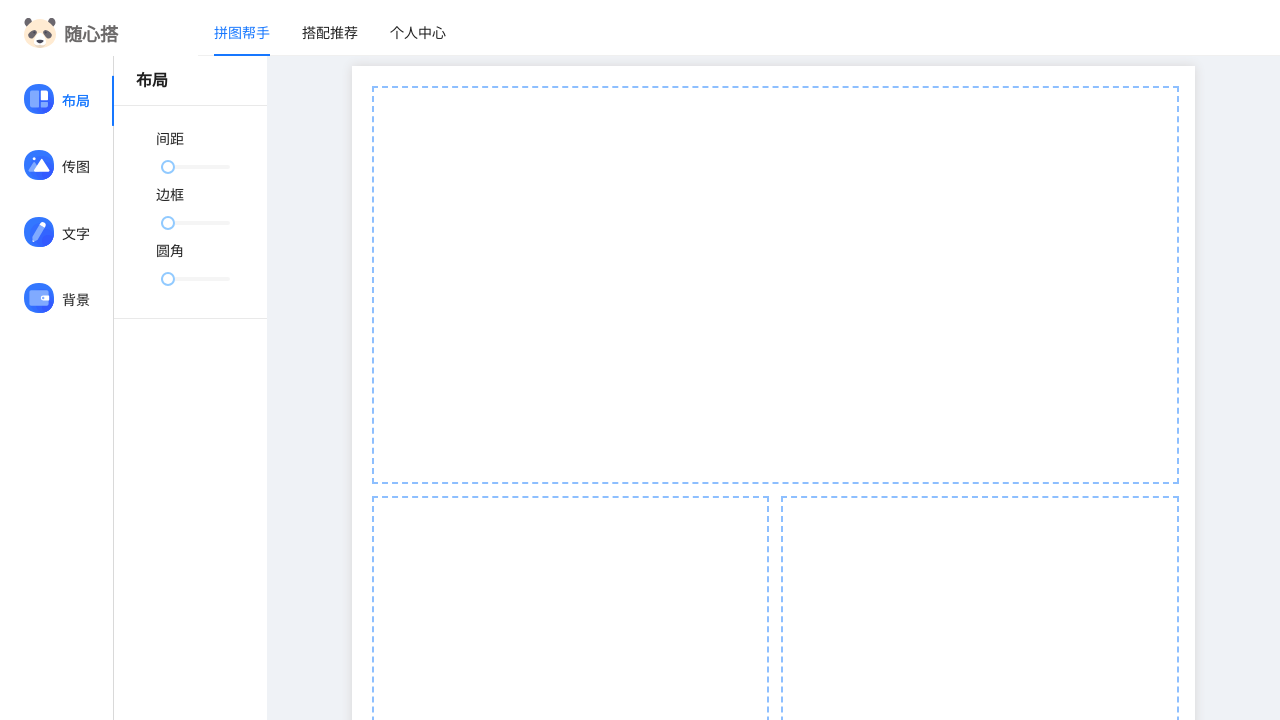
Repository: zzq1101921989/low-code
Page: /
The author's editor kept a copy of each file at every save. The page is drawn from the files as they stood at one save, then again after the next save.
The browser window is 1280 px wide. The pictures show the whole page.
The project was rebuilt for these pictures with package versions that can differ from the ones it lists, and the page was loaded fresh each time. Also part of the build but not shown: vite.config.ts, src/pages/admin/index.tsx, src/components/icon/ClothesIcon.tsx, src/components/icon/HairIcon.tsx, src/components/icon/PantsIcon.tsx, src/components/icon/ShoeIcon.tsx, src/pages/recommend/index.tsx.

Above is the page before, as saved 2023-05-07 13:27:00.

### index.html
<!DOCTYPE html>
<html lang="en">
  <head>
    <meta charset="UTF-8" />
    <link rel="icon" type="image/svg+xml" href="/vite.svg" />
    <meta name="viewport" content="width=device-width, initial-scale=1.0" />
    <title>搭配选择困难症？不懂搭？就来随心搭，找到属于自己的穿搭技巧</title>
  </head>
  <body>
    <div id="root"></div>
    <script type="module" src="/src/main.tsx"></script>
  </body>
</html>

### src/main.tsx
import ReactDOM from "react-dom/client";
import App from "./App";
import "./reset.css";

ReactDOM.createRoot(document.getElementById("root") as HTMLElement).render(
  <App />
);

### src/App.tsx
import { BrowserRouter, Navigate, Route, Routes } from "react-router-dom";
import LayoutComponent from "./components/layout";
import { routerConfig } from "./routers";

const App = () => {
  return (
    <BrowserRouter>
      <Routes>
        <Route path="/" element={<LayoutComponent />}>
          {/* 重定向 */}
          <Route path="/" element={<Navigate to="/home" />} />
          {routerConfig.map((item) => (
            <Route path={item.path} key={item.name} element={item.element} />
          ))}
        </Route>
        <Route path="*" element={<div>404</div>} />
      </Routes>
    </BrowserRouter>
  );
};

export default App;

### src/reset.css
html,body,div,span,applet,object,h1,h2,h3,h4,h5,h6,p,blockquote,pre,a,abbr,acronym,address,big,cite,code,del,dfn,em,img,ins,kbd,q,s,samp,small,strike,strong,sub,sup,tt,var,b,u,i,center,dl,dt,dd,ol,ul,li,fieldset,form,label,legend,table,caption,tbody,tfoot,thead,tr,th,td,article,aside,canvas,details,embed,figure,figcaption,footer,header,hgroup,menu,nav,output,ruby,section,summary,time,mark,audio,video {
	margin:0;
	padding:0;
	border:0;
	font-size:100%;
	font:inherit;
	font-weight:normal;
	vertical-align:baseline;
}
/* HTML5 display-role reset for older browsers */
article,aside,details,figcaption,figure,footer,header,hgroup,menu,nav,section {
	display:block;
}
ol,ul,li {
	list-style:none;
}
blockquote,q {
	quotes:none;
}
blockquote:before,blockquote:after,q:before,q:after {
	content:'';
	content:none;
}
table {
	border-collapse:collapse;
	border-spacing:0;
}
th,td {
	vertical-align:middle;
}
/* custom */
a {
	outline:none;
	color:#16418a;
	text-decoration:none;
	-webkit-backface-visibility: hidden;
}
a:focus {
	outline:none;
}
input:focus,select:focus,textarea:focus {
	outline:-webkit-focus-ring-color auto 0;
}

### src/routers/index.tsx
import { RouteObject } from "react-router-dom";
import Admin from "../pages/admin";
import Home from "../pages/home";
import Recommend from "../pages/recommend";

export const routerConfig: (RouteObject & { name: string })[] = [
  {
    path: "home",
    name: "拼图帮手",
    element: <Home />,
  },
  {
    path: "recommend",
    name: "搭配推荐",
    element: <Recommend />,
  },
  {
    path: "admin",
    name: "个人中心",
    element: <Admin />,
  },
];

### src/components/header/index.tsx
import { Menu, MenuProps } from "antd";
import { Link, useLocation } from "react-router-dom";
import { routerConfig } from "../../routers";

export default function HeaderComponent() {

  const locaiton = useLocation();

  const items: MenuProps["items"] = routerConfig.map((key) => ({
    key: key.path,
    label: <Link to={`/${key.path}`}>{key.name}</Link>,
  }));

  return (
    <Menu
      style={{ flex: 1 }}
      mode="horizontal"
      selectedKeys={[locaiton.pathname.split("/")[1]]}
      items={items}
    />
  );
}

### src/components/layout/index.module.less
.syd-layout {
  width: 100%;
  height: 100vh;
  display: flex;
  flex-direction: column;
  overflow: hidden;
  .syd-header {
    display: flex;
    width: 100%;
    align-items: center;
    padding: 10px 24px 0 24px;
    background-color: #fff;
    .logo {
      margin-right: 80px;
    }
  }
  .syd-content {
    flex: auto;
    background: #eff2f6;
  }
}

### src/pages/home/index.tsx
import { Col, Row } from "antd";
import { FC } from "react";
import { DrawImage, Menu } from "./features";
import styles from "./index.module.less";

const Home: FC = () => {
  return (
    <Row style={{ height: "100%" }} className={styles.homeContainer}>
      <Col xl={5}>
        <Menu />
      </Col>
      <Col xl={19}>
        <DrawImage />
      </Col>
    </Row>
  );
};

export default Home;

### src/pages/home/features/index.tsx
export { default as Area } from './Area';
export { default as DrawImage } from './DrawImage';
export { default as Menu } from './Menu';

### src/pages/home/index.module.less
.homeContainer {
    :global{
        .ant-tabs-tabpane {
            padding-left: 0 !important
        }
        .ant-tabs-nav-wrap {
            padding-top: 20px;
        }
    }
}

### src/pages/home/features/Area/index.tsx
import { FC, ReactNode } from "react";
import styles from "./index.module.less";

interface AreaProps {
  /**
   * @name 头部区域内容
   */
  header: string | ReactNode;

  /**
   * @name 中间区域内容
   */
  centre?: string | ReactNode;
}
const Area: FC<AreaProps> = (props) => {
  const { header, centre } = props;

  return (
    <div className={`${styles["area-container"]}`}>
      <div
        className={`${styles["area-container-header"]} ${styles.padding} ${styles.borderBottom}`}
      >
        {header}
      </div>
      {centre && (
        <div
          className={`${styles["area-container-centre"]} ${styles.padding} ${styles["borderBottom"]}`}
        >
          {centre}
        </div>
      )}
    </div>
  );
};

export default Area;

### src/pages/home/features/DrawImage/index.tsx
import { Col, Row } from "antd";
import { FC } from "react";
import { ItemBox } from "../../components";

interface DrawImageProps {}
const DrawImage: FC<DrawImageProps> = (props) => {
  return (
    <div
      style={{
        width: "803px",
        height: "803px",
        padding: "20px",
        margin: '10px auto',
        background: "#fff",
        boxShadow: "0 0 10px #d9d6d6",
      }}
    >
      <Row gutter={[16, 16]} style={{ height: '100%' }}>
        <Col span={24}>
          <ItemBox />
        </Col>
        <Col span={24}>
          <Row gutter={[16, 16]} style={{ height: '100%' }}>
            <Col span={12}>
              <ItemBox />
            </Col>
            <Col span={12}>
              <ItemBox />
            </Col>
          </Row>
        </Col>
      </Row>
    </div>
  );
};

export default DrawImage;

### src/pages/home/features/Menu/index.tsx
import { Slider, Space, Tabs, TabsProps } from "antd";
import { Area } from "..";
import {
  ColorIcon,
  ImageIcon,
  LayoutIcon,
  TextIcon,
} from "../../../../components/icon";

/**
 * 导航栏组件
 * @returns
 */
export default function Menu() {
  const items: TabsProps["items"] = [
    {
      label: (
        <Space>
          <LayoutIcon />
          布局
        </Space>
      ),
      key: "1",
      children: (
        <Area
          header="布局"
          centre={
            <div
              style={{
                width: "100%",
                display: "flex",
                flexDirection: "column",
                padding: '10px 20px',
                boxSizing: 'border-box'
              }}
            >
              <div>
                间距
                <Slider defaultValue={10} />
              </div>
              <div>
                边框
                <Slider defaultValue={10} />
              </div>
              <div>
                圆角
                <Slider defaultValue={10} />
              </div>
            </div>
          }
        />
      ),
    },
    {
      label: (
        <Space>
          <ImageIcon />
          传图
        </Space>
      ),
      key: "2",
      children: "",
    },
    {
      label: (
        <Space>
          <TextIcon />
          文字
        </Space>
      ),
      key: "3",
      children: "",
    },
    {
      label: (
        <Space>
          <ColorIcon />
          背景
        </Space>
      ),
      key: "4",
      children: "",
    },
  ];

  return (
    <Tabs
      tabPosition="left"
      items={items}
      style={{ background: "#fff", height: "100%" }}
    />
  );
}

### src/pages/home/features/Area/index.module.less
.area-container {
    width: 100%;
    .area-container-header {
        font-size: 18px;
    }
    .area-container-header {
        font-size: 16px;
        font-weight: bold;
    }
}
.padding {
    padding: 12px 12px 12px 22px;
}
.borderBottom {
    border-bottom: 1px solid #e9e9e9;
}

### src/pages/home/components/index.tsx
export { default as ItemBox } from './ItemBox';

### src/components/icon/index.tsx
export { default as ClothesIcon } from "./ClothesIcon";
export { default as ColorIcon } from "./ColorIcon";
export { default as HairIcon } from "./HairIcon";
export { default as ImageIcon } from "./ImageIcon";
export { default as LayoutIcon } from "./LayoutIcon";
export { default as PantsIcon } from "./PantsIcon";
export { default as ShoeIcon } from "./ShoeIcon";
export { default as TextIcon } from "./TextIcon";

### src/pages/home/components/ItemBox/index.tsx
import type { FC } from "react";
import { memo } from "react";

interface ItemBoxProps {

}
const ItemBox: FC<ItemBoxProps> = (props) => {
  const {  } = props;
  return (
    <div
      style={{
        width: '100%',
        height: '100%',
        border: "2px dashed rgba(30, 128, 255, 0.5)",
      }}
    ></div>
  );
};
export default memo(ItemBox);

### src/components/icon/ColorIcon.tsx
import Icon from "@ant-design/icons";
import { CustomIconComponentProps } from "@ant-design/icons/lib/components/Icon";

const Color = () => (
  <svg
    viewBox="0 0 1024 1024"
    version="1.1"
    xmlns="http://www.w3.org/2000/svg"
    p-id="7117"
    width="30"
    height="30"
  >
    <path
      d="M1023.910943 511.999898c5.11911 317.794367-194.116663 516.825376-511.91103 511.911029-317.794367 4.914346-516.825376-194.116663-511.91103-511.911029C-4.825463 194.20553 194.205546-4.825478 511.999913 0.088868c317.794367-4.914346 516.825376 194.116663 511.91103 511.91103z"
      fill="#3377FF"
      p-id="7118"
    ></path>
    <path
      d="M1022.477592 566.671996C1006.915497 340.40732 852.318366 201.16752 614.382119 204.85328c-254.112635-4.095288-413.624112 155.416189-409.528824 409.528824-3.890524 237.936247 135.554041 392.533378 361.613952 408.095473 268.036615-16.381153 439.629192-187.97373 456.010345-455.805581z"
      fill="#336DFF"
      p-id="7119"
    ></path>
    <path
      d="M1015.515602 629.944199C985.824762 491.523456 876.480566 407.160519 716.764325 409.617692c-190.635668-3.071466-310.218084 116.51095-307.146618 307.146618-2.457173 159.716241 81.905765 269.060437 220.121743 298.751277 211.112109-34.400421 351.375731-174.664043 385.776152-385.571388z"
      fill="#3364FF"
      p-id="7120"
    ></path>
    <path
      d="M997.701098 705.707031C964.734028 646.734881 902.076118 613.153517 819.146531 614.382104c-127.1587-2.047644-206.812056 77.605712-204.764412 204.764412-1.433351 82.929587 32.352777 145.587497 91.120163 178.554567a431.233852 431.233852 0 0 0 292.198816-291.994052z"
      fill="#335AFF"
      p-id="7121"
    ></path>
    <path
      d="M184.376854 245.806162m61.429324 0l532.387471 0q61.429324 0 61.429323 61.429324l0 409.528824q0 61.429324-61.429323 61.429323l-532.387471 0q-61.429324 0-61.429324-61.429323l0-409.528824q0-61.429324 61.429324-61.429324Z"
      fill="#80AAFF"
      p-id="7122"
    ></path>
    <path
      d="M655.335001 430.094133h184.287971a20.476441 20.476441 0 0 1 20.476441 20.476441v122.858647a20.476441 20.476441 0 0 1-20.476441 20.476441h-184.287971a81.905765 81.905765 0 0 1-81.905764-81.905764 81.905765 81.905765 0 0 1 81.905764-81.905765z"
      fill="#FFFFFF"
      p-id="7123"
    ></path>
    <path
      d="M655.335001 511.999898m-40.952882 0a40.952882 40.952882 0 1 0 81.905765 0 40.952882 40.952882 0 1 0-81.905765 0Z"
      fill="#80AAFF"
      p-id="7124"
    ></path>
  </svg>
);

export default function ColorIcon(props: Partial<CustomIconComponentProps>) {
  return <Icon component={Color} {...props} />;
}

### src/components/icon/ImageIcon.tsx
import Icon from "@ant-design/icons";
import { CustomIconComponentProps } from "@ant-design/icons/lib/components/Icon";

const Image = () => (
  <svg
    viewBox="0 0 1024 1024"
    version="1.1"
    xmlns="http://www.w3.org/2000/svg"
    p-id="1209"
    width="30"
    height="30"
  >
    <path
      d="M1023.910943 511.999898c5.11911 317.794367-194.116663 516.825376-511.91103 511.911029-317.794367 4.914346-516.825376-194.116663-511.91103-511.911029C-4.825463 194.20553 194.205546-4.825478 511.999913 0.088868c317.794367-4.914346 516.825376 194.116663 511.91103 511.91103z"
      fill="#3377FF"
      p-id="1210"
    ></path>
    <path
      d="M1022.477592 566.671996C1006.915497 340.40732 852.318366 201.16752 614.382119 204.85328c-254.112635-4.095288-413.624112 155.416189-409.528824 409.528824-3.890524 237.936247 135.554041 392.533378 361.613952 408.095473 268.036615-16.381153 439.629192-187.97373 456.010345-455.805581z"
      fill="#336DFF"
      p-id="1211"
    ></path>
    <path
      d="M1015.515602 629.944199C985.824762 491.523456 876.480566 407.160519 716.764325 409.617692c-190.635668-3.071466-310.218084 116.51095-307.146618 307.146618-2.457173 159.716241 81.905765 269.060437 220.121743 298.751277 211.112109-34.400421 351.375731-174.664043 385.776152-385.571388z"
      fill="#3364FF"
      p-id="1212"
    ></path>
    <path
      d="M312.968905 439.308531L158.781302 678.678129a40.952882 40.952882 0 0 0 34.400422 63.067439h308.375204a40.952882 40.952882 0 0 0 34.400421-63.067439l-154.187602-239.574362a40.952882 40.952882 0 0 0-68.800842 0.204764z"
      fill="#80AAFF"
      p-id="1213"
    ></path>
    <path
      d="M997.701098 705.707031C964.734028 646.734881 902.076118 613.153517 819.146531 614.382104c-127.1587-2.047644-206.812056 77.605712-204.764412 204.764412-1.433351 82.929587 32.352777 145.587497 91.120163 178.554567a431.233852 431.233852 0 0 0 292.198816-291.994052z"
      fill="#335AFF"
      p-id="1214"
    ></path>
    <path
      d="M571.586357 329.554807l-225.240853 349.123322a40.952882 40.952882 0 0 0 34.400421 63.067439h450.481706a40.952882 40.952882 0 0 0 34.400421-63.067439l-225.240853-349.123322a40.952882 40.952882 0 0 0-68.800842 0z"
      fill="#FFFFFF"
      p-id="1215"
    ></path>
    <path
      d="M347.369326 294.540092m-51.191103 0a51.191103 51.191103 0 1 0 102.382206 0 51.191103 51.191103 0 1 0-102.382206 0Z"
      fill="#FFFFFF"
      p-id="1216"
    ></path>
  </svg>
);

export default function ImageIcon(props: Partial<CustomIconComponentProps>) {
  return <Icon component={Image} {...props} />;
}

### src/components/icon/LayoutIcon.tsx
import Icon from "@ant-design/icons";
import { CustomIconComponentProps } from "@ant-design/icons/lib/components/Icon";

const Layout = () => (
  <svg
    viewBox="0 0 1024 1024"
    version="1.1"
    xmlns="http://www.w3.org/2000/svg"
    p-id="1056"
    width="30"
    height="30"
  >
    <path
      d="M1023.910943 511.999898c5.11911 317.794367-194.116663 516.825376-511.91103 511.911029-317.794367 4.914346-516.825376-194.116663-511.91103-511.911029C-4.825463 194.20553 194.205546-4.825478 511.999913 0.088868c317.794367-4.914346 516.825376 194.116663 511.91103 511.91103z"
      fill="#3377FF"
      p-id="1057"
    ></path>
    <path
      d="M1022.477592 566.671996C1006.915497 340.40732 852.318366 201.16752 614.382119 204.85328c-254.112635-4.095288-413.624112 155.416189-409.528824 409.528824-3.890524 237.936247 135.554041 392.533378 361.613952 408.095473 268.036615-16.381153 439.629192-187.97373 456.010345-455.805581z"
      fill="#336DFF"
      p-id="1058"
    ></path>
    <path
      d="M1015.515602 629.944199C985.824762 491.523456 876.480566 407.160519 716.764325 409.617692c-190.635668-3.071466-310.218084 116.51095-307.146618 307.146618-2.457173 159.716241 81.905765 269.060437 220.121743 298.751277 211.112109-34.400421 351.375731-174.664043 385.776152-385.571388z"
      fill="#3364FF"
      p-id="1059"
    ></path>
    <path
      d="M997.701098 705.707031C964.734028 646.734881 902.076118 613.153517 819.146531 614.382104c-127.1587-2.047644-206.812056 77.605712-204.764412 204.764412-1.433351 82.929587 32.352777 145.587497 91.120163 178.554567a431.233852 431.233852 0 0 0 292.198816-291.994052z"
      fill="#335AFF"
      p-id="1060"
    ></path>
    <path
      d="M593.905678 225.329721h163.811529a61.429324 61.429324 0 0 1 61.429324 61.429323v245.717295a20.476441 20.476441 0 0 1-20.476441 20.476441H593.905678a20.476441 20.476441 0 0 1-20.476441-20.476441V245.806162a20.476441 20.476441 0 0 1 20.476441-20.476441z"
      fill="#FFFFFF"
      p-id="1061"
    ></path>
    <path
      d="M593.905678 614.382104h204.764412a20.476441 20.476441 0 0 1 20.476441 20.476441v102.382206a61.429324 61.429324 0 0 1-61.429324 61.429323h-163.811529a20.476441 20.476441 0 0 1-20.476441-20.476441v-143.335088a20.476441 20.476441 0 0 1 20.476441-20.476441zM266.282619 225.329721h225.240853a20.476441 20.476441 0 0 1 20.476441 20.476441v532.387471a20.476441 20.476441 0 0 1-20.476441 20.476441H266.282619a61.429324 61.429324 0 0 1-61.429324-61.429323V286.759044a61.429324 61.429324 0 0 1 61.429324-61.429323z"
      fill="#80AAFF"
      p-id="1062"
    ></path>
  </svg>
);

export default function LayoutIcon(props: Partial<CustomIconComponentProps>) {
  return <Icon component={Layout} {...props} />;
}

### src/components/icon/TextIcon.tsx
import Icon from "@ant-design/icons";
import { CustomIconComponentProps } from "@ant-design/icons/lib/components/Icon";

const Text = () => (
  <svg
    viewBox="0 0 1024 1024"
    version="1.1"
    xmlns="http://www.w3.org/2000/svg"
    p-id="1365"
    width="30"
    height="30"
  >
    <path
      d="M1023.910943 511.999898c5.11911 317.794367-194.116663 516.825376-511.91103 511.911029-317.794367 4.914346-516.825376-194.116663-511.91103-511.911029C-4.825463 194.20553 194.205546-4.825478 511.999913 0.088868c317.794367-4.914346 516.825376 194.116663 511.91103 511.91103z"
      fill="#3377FF"
      p-id="1366"
    ></path>
    <path
      d="M1022.477592 566.671996C1006.915497 340.40732 852.318366 201.16752 614.382119 204.85328c-254.112635-4.095288-413.624112 155.416189-409.528824 409.528824-3.890524 237.936247 135.554041 392.533378 361.613952 408.095473 268.036615-16.381153 439.629192-187.97373 456.010345-455.805581z"
      fill="#336DFF"
      p-id="1367"
    ></path>
    <path
      d="M1015.515602 629.944199C985.824762 491.523456 876.480566 407.160519 716.764325 409.617692c-190.635668-3.071466-310.218084 116.51095-307.146618 307.146618-2.457173 159.716241 81.905765 269.060437 220.121743 298.751277 211.112109-34.400421 351.375731-174.664043 385.776152-385.571388z"
      fill="#3364FF"
      p-id="1368"
    ></path>
    <path
      d="M997.701098 705.707031C964.734028 646.734881 902.076118 613.153517 819.146531 614.382104c-127.1587-2.047644-206.812056 77.605712-204.764412 204.764412-1.433351 82.929587 32.352777 145.587497 91.120163 178.554567a431.233852 431.233852 0 0 0 292.198816-291.994052z"
      fill="#335AFF"
      p-id="1369"
    ></path>
    <path
      d="M526.538186 263.82543L293.311521 668.03038a61.429324 61.429324 0 0 0-7.985812 35.629007l9.828692 125.725349a20.476441 20.476441 0 0 0 28.667017 17.200211l118.763359-51.600632A61.429324 61.429324 0 0 0 471.047031 769.388763l232.817136-403.181127z"
      fill="#80AAFF"
      p-id="1370"
    ></path>
    <path
      d="M687.687779 189.495949a102.382206 102.382206 0 0 0-139.854094 37.471887l-20.476441 36.857594 177.325981 102.382206 20.476441-36.857594a102.382206 102.382206 0 0 0-37.471887-139.854093zM292.082935 790.479498l3.071466 38.905238a20.476441 20.476441 0 0 0 28.667017 17.200211l37.267123-16.176389z"
      fill="#FFFFFF"
      p-id="1371"
    ></path>
  </svg>
);

export default function TextIcon(props: Partial<CustomIconComponentProps>) {
  return <Icon component={Text} {...props} />;
}

Loaded but not shown: src/components/layout/index.tsx (69 lines, source omitted)

After the next save:
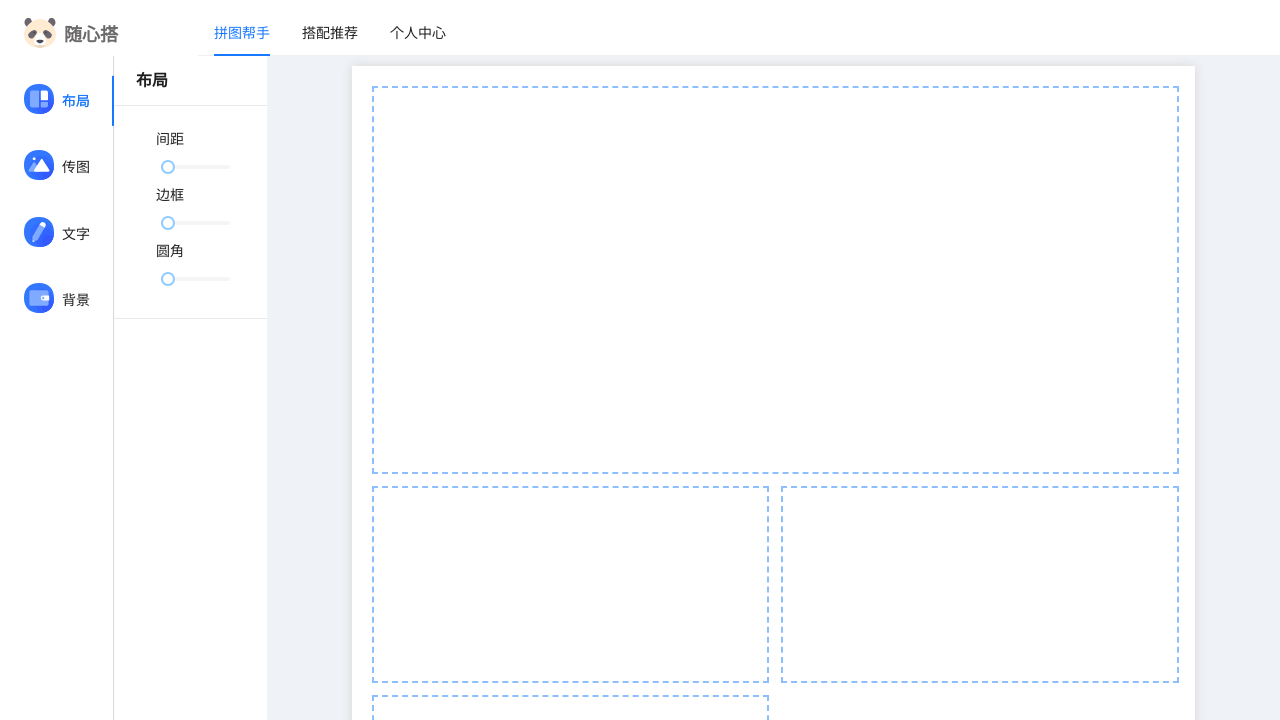
Saved 8 min 43 s later.
--- a/src/pages/home/features/DrawImage/index.tsx
+++ b/src/pages/home/features/DrawImage/index.tsx
@@ -27,6 +27,9 @@
             <Col span={12}>
               <ItemBox />
             </Col>
+            <Col span={12}>
+              <ItemBox />
+            </Col>
           </Row>
         </Col>
       </Row>

After the save that followed:
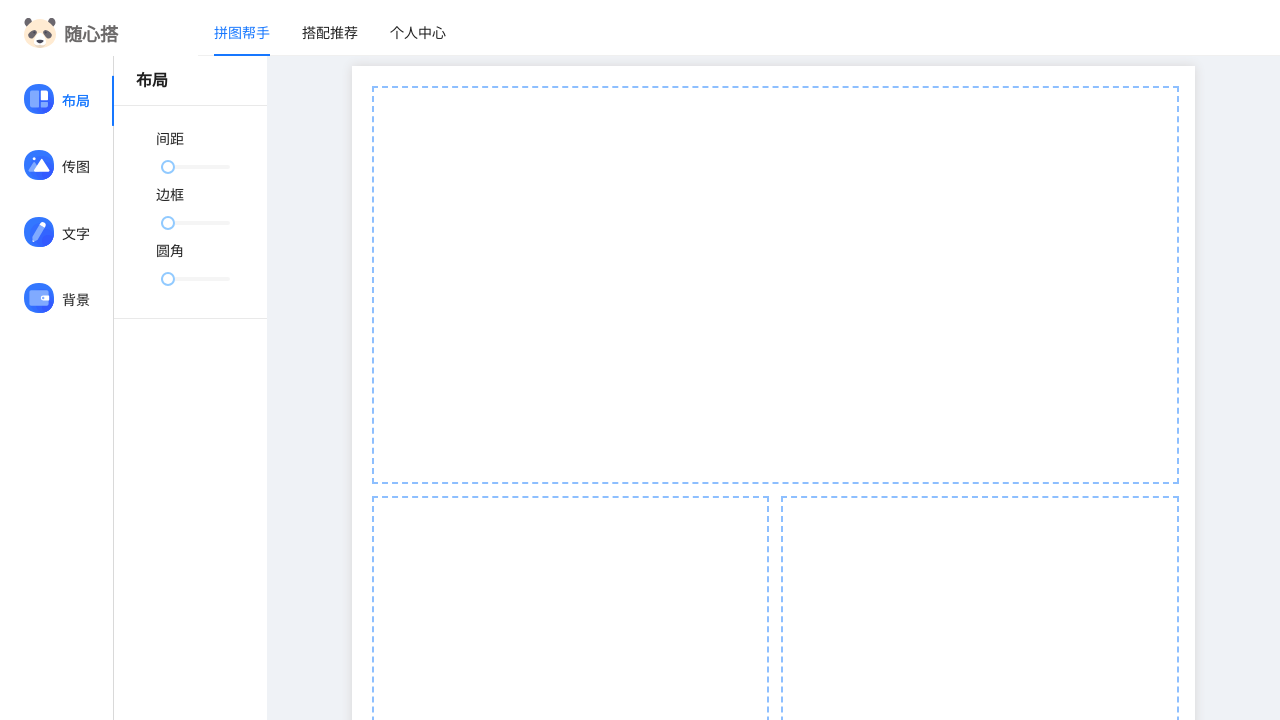
Saved 4 s later.
--- a/src/pages/home/features/DrawImage/index.tsx
+++ b/src/pages/home/features/DrawImage/index.tsx
@@ -27,9 +27,6 @@
             <Col span={12}>
               <ItemBox />
             </Col>
-            <Col span={12}>
-              <ItemBox />
-            </Col>
           </Row>
         </Col>
       </Row>
